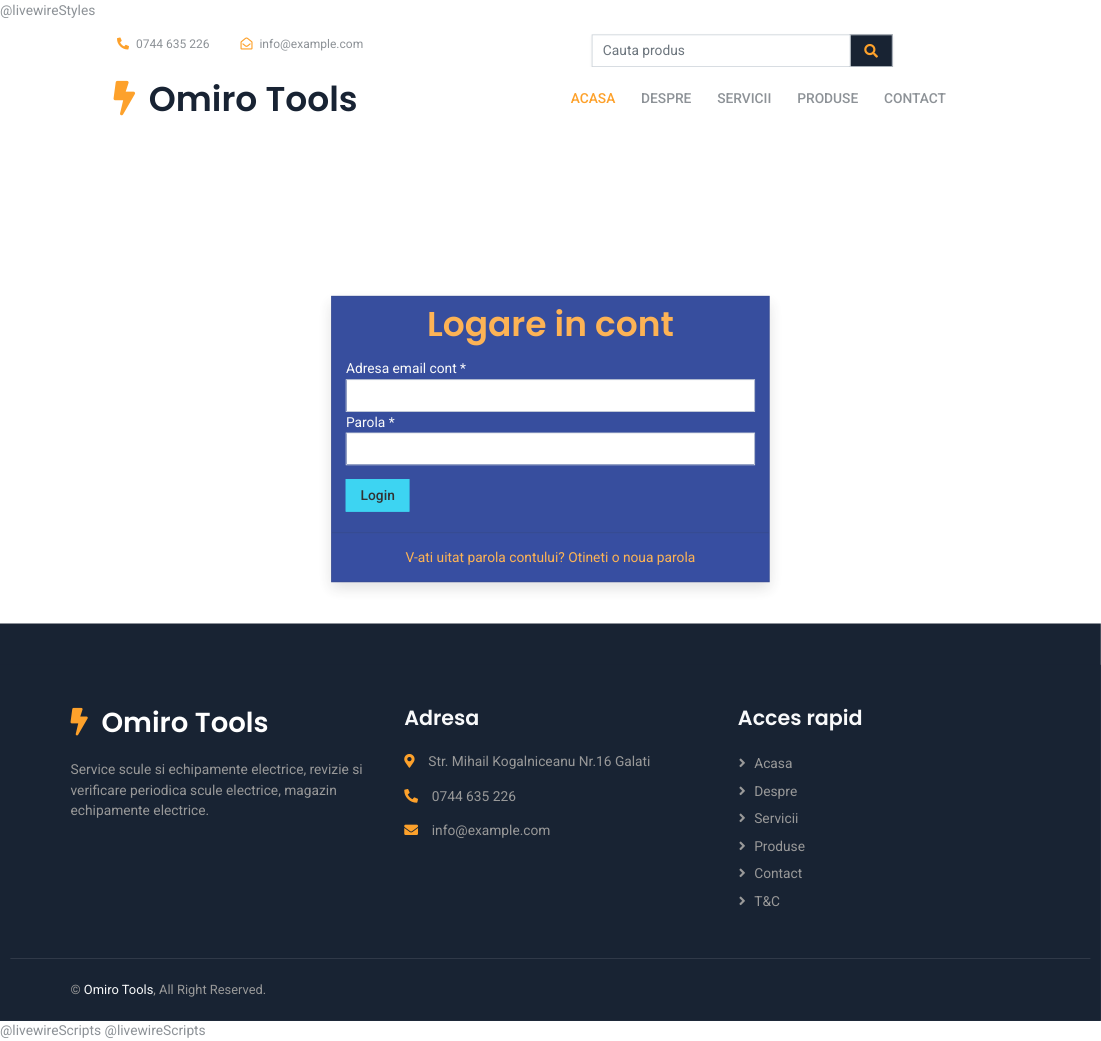
Repository: sorina0109/laravel_test
Page: http://localhost/login
These files come from the project's save history. The page is drawn as it stood at one moment and after the next save; the edit follows.
The browser window is 1280 px wide. The pictures show the whole page, at 86% of full size.
Some web libraries are served in a nearby version. The page is served by the project's Laravel application, run on PHP 8.4 with Laravel 10.

Above is the page before, as saved 2023-08-15 14:57:39.

After the next save:
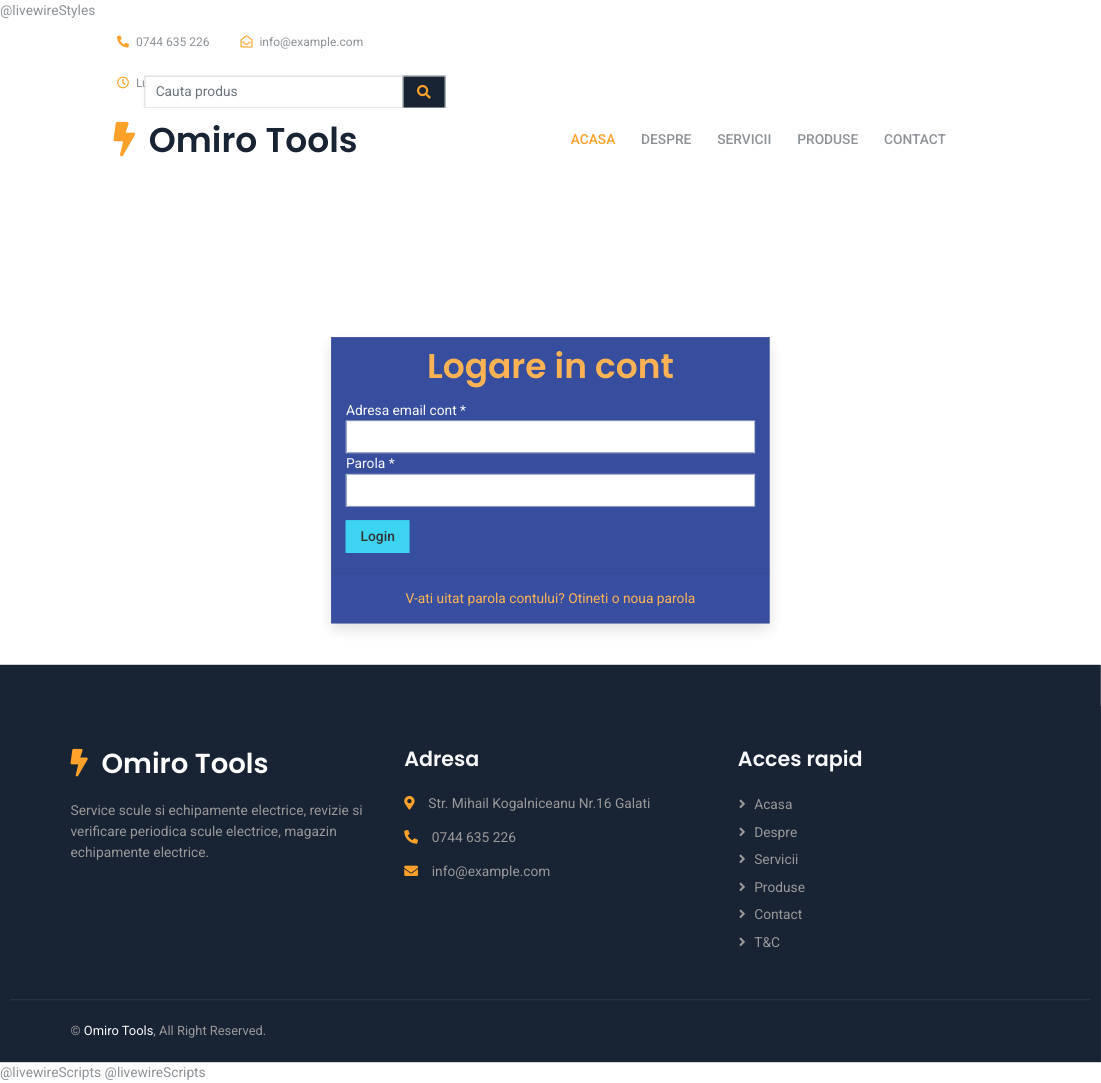
Saved 24 s later.
--- a/resources/views/front/partials/topbar.blade.php
+++ b/resources/views/front/partials/topbar.blade.php
@@ -15,7 +15,7 @@
                 <small>Luni - Vineri : 08.30 - 17.30</small>
             </div>
         </div>
-        <div class="col-lg-6 d-none d-lg-block px-xl-5 pt-3" >
+        <div class="col-lg-5 d-none d-lg-block mx-5 px-xl-5 pt-3" >
             <form style="display: inline-block;" action="{{ route('search') }}" method="GET" id="search-bar">
                 <div class="input-group shadow-sm " style="width: 350px;">
                     <input name="search_product" type="text" class="form-control " placeholder="Cauta produs" >

After the save that followed:
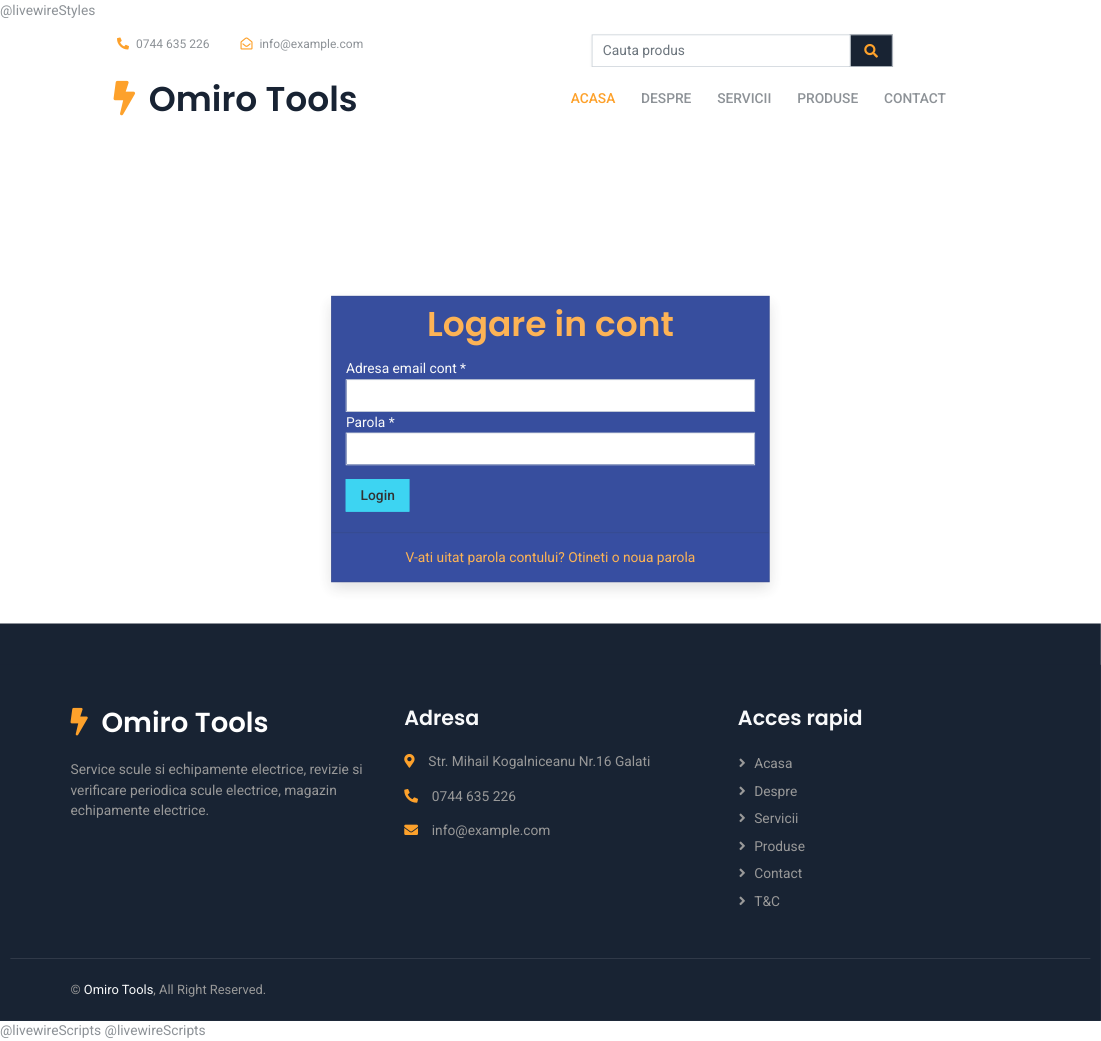
Saved 24 s later.
--- a/resources/views/front/partials/topbar.blade.php
+++ b/resources/views/front/partials/topbar.blade.php
@@ -15,7 +15,7 @@
                 <small>Luni - Vineri : 08.30 - 17.30</small>
             </div>
         </div>
-        <div class="col-lg-5 d-none d-lg-block mx-5 px-xl-5 pt-3" >
+        <div class="col-lg-5 d-none d-lg-block ml-5 px-xl-5 pt-3" >
             <form style="display: inline-block;" action="{{ route('search') }}" method="GET" id="search-bar">
                 <div class="input-group shadow-sm " style="width: 350px;">
                     <input name="search_product" type="text" class="form-control " placeholder="Cauta produs" >
